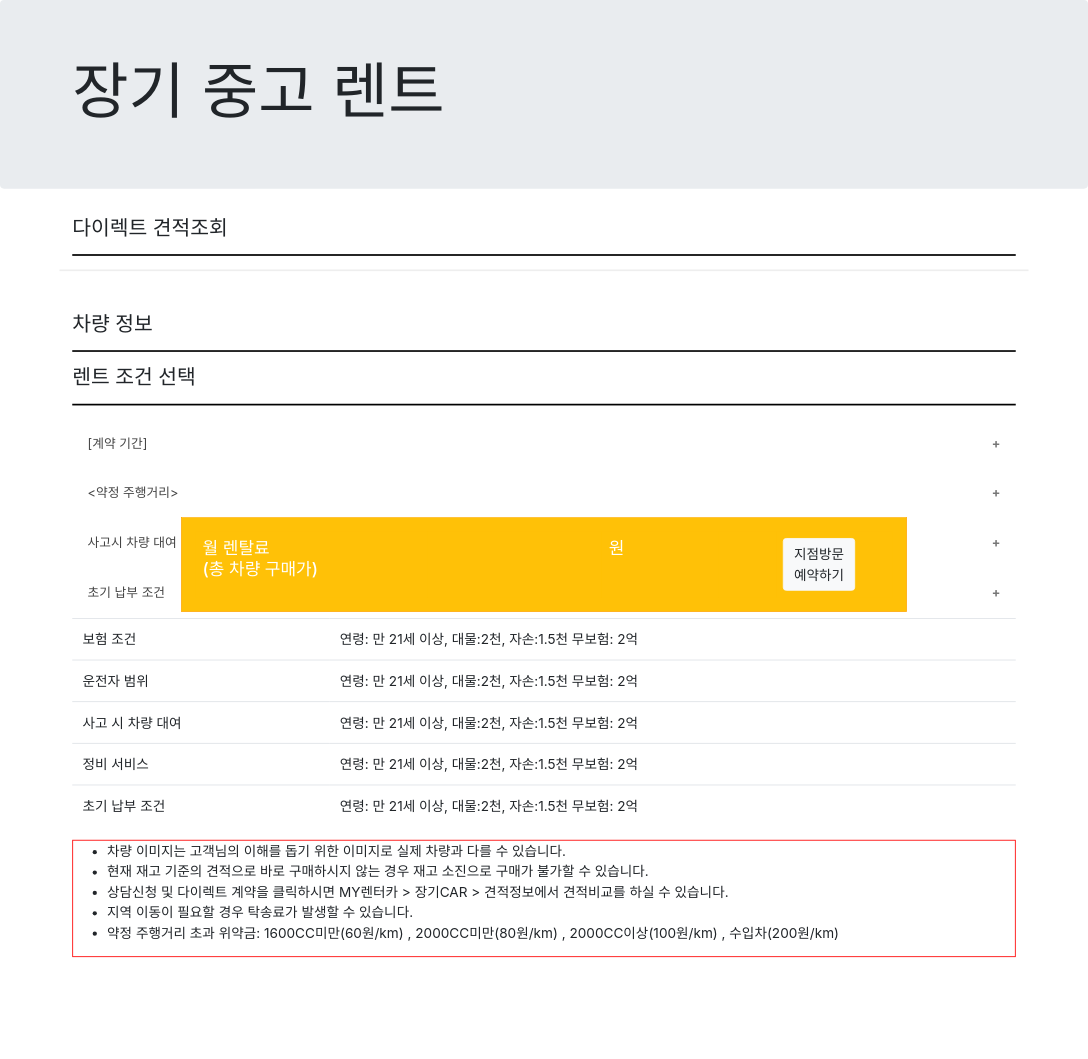
Repository: hyebinkim00/Project
Page: http://localhost/jsp/long_lent_oldcar/carLent.jsp
The author's editor kept a copy of each file at every save. The page is drawn from the files as they stood at one save, then again after the next save.
The browser window is 1280 px wide. The pictures show the whole page, at 85% of full size.
The page is served by Tomcat 9. Queries for data that is not in the repository find no rows.

Above is the page before, as saved 2020-09-23 00:59:19.

After the next save:
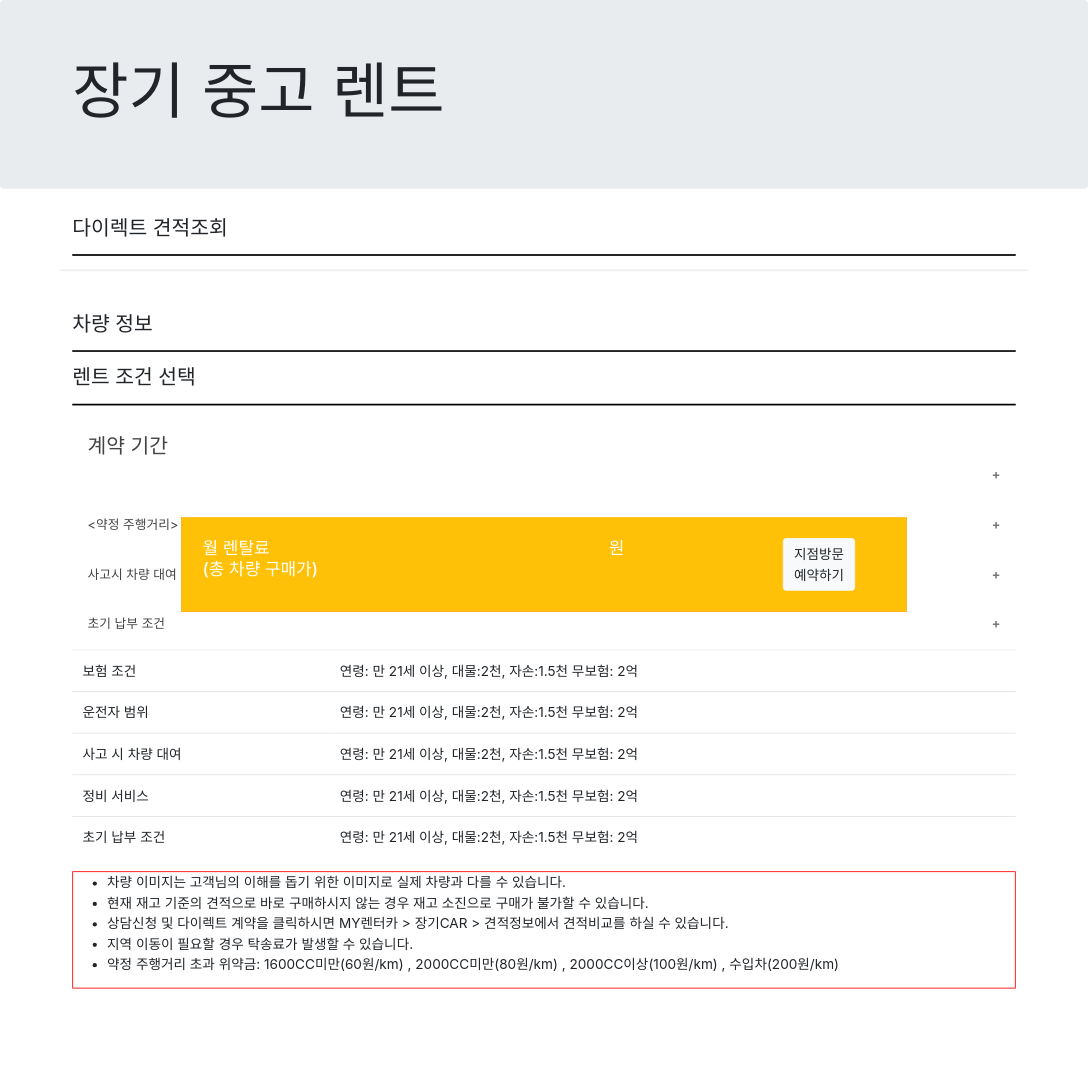
Saved 20 s later.
--- a/jsp/WebContent/long_lent_oldcar/carLent.jsp
+++ b/jsp/WebContent/long_lent_oldcar/carLent.jsp
@@ -260,7 +260,7 @@ function go(){
 <input type="hidden" id="carn" name="carn" value="${car_name}">
 <input type="hidden" id="carof" name="carof" value="${lent_office}">
 
-<button type="button" class="accordion">[계약 기간]<span id="result1"></span></button>
+<button type="button" class="accordion"><h4>계약 기간</h4><span id="result1"></span></button>
 <div class="panel bg-light "><span class="col-sm-3"><strong><br>차량 운행할수 있는 총 대여기간:</strong></span>
 <select name="cntrTermMm1" id="cntrTermMm1" class="option01 col-sm-3" onchange="checkTest1()" >
 <c:forEach var="i" begin="1" end="${lentt}">
